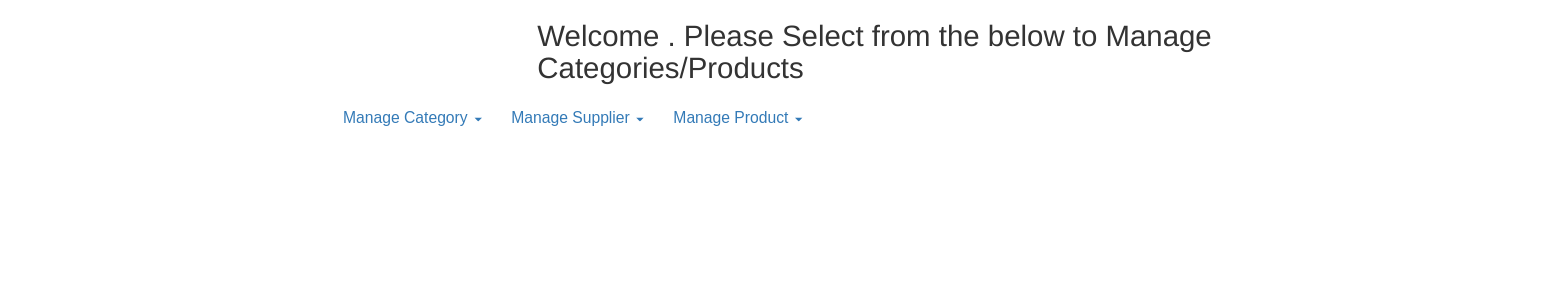
Repository: KaustubhKamat/ShoppingCartProject
Page: http://localhost/NewShoppingCart/WEB-INF/views/Admin_home.jsp
The author's editor kept a copy of each file at every save. The page is drawn from the files as they stood at one save, then again after the next save.
The browser window is 1280 px wide. The page is 1387 px wide, then 1600 px, so the pictures cover 1600 px, including what lies to the right of the window. The pictures show the whole page, at 98% of full size.
Some web libraries are served in a nearby version. The page is served by Tomcat 9. Nobody is signed in. The template is opened directly, without the code that normally fills it, so the values that code supplies are empty.

Above is the page before, as saved 2017-02-06 06:43:58.

After the next save:
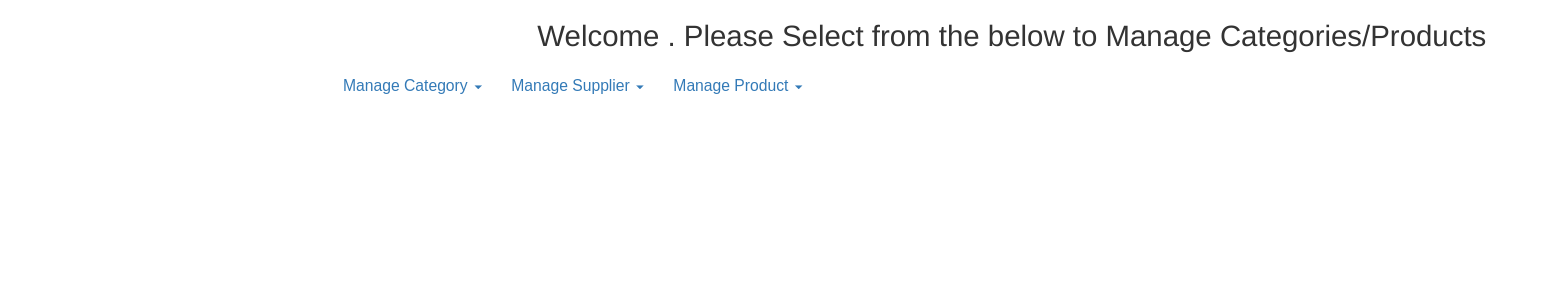
Saved 11 s later.
--- a/NewShoppingCart/src/main/webapp/WEB-INF/views/Admin_home.jsp
+++ b/NewShoppingCart/src/main/webapp/WEB-INF/views/Admin_home.jsp
@@ -24,7 +24,7 @@ a {
 </head>
 <body>
 
-<div class="col-md-8 col-md-offset-5">
+<div class="col-md-10 col-md-offset-5">
 <h2>Welcome ${LoggedInUser}. Please Select from the below to Manage Categories/Products</h2>
 </div>
 	<div id="AdminHome">
